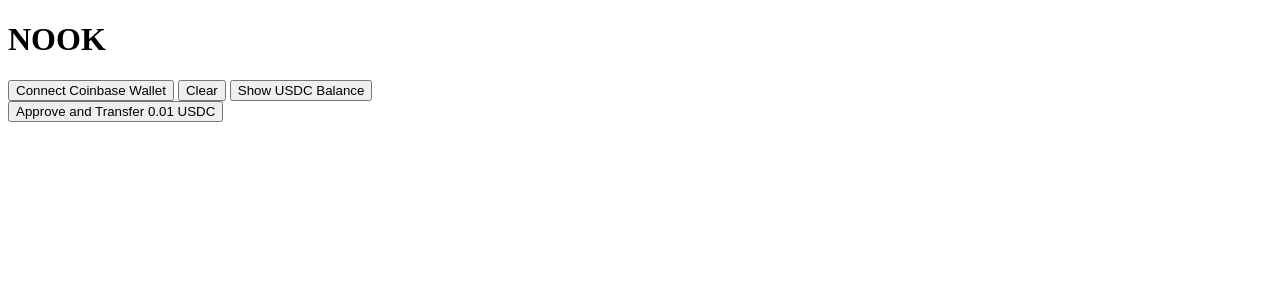
Repository: JoeIsaacson/_nook
Page: index.html
These files come from the project's save history. The page is drawn as it stood at one moment and after the next save; the edit follows.
The browser window is 1280 px wide. The pictures show the whole page.

Above is the page before, as saved 2024-09-08 18:42:36.

### index.html
<!DOCTYPE html>
<html lang="en">
<head>
    <meta charset="UTF-8">
    <meta name="viewport" content="width=device-width, initial-scale=1.0">
    <title>NOOK</title>
    <script src="https://cdn.jsdelivr.net/npm/web3@1.5.2/dist/web3.min.js"></script>
    <script src="https://unpkg.com/@coinbase/wallet-sdk@3.6.3/dist/index.min.js"></script>
    <script>
        if (typeof CoinbaseWalletSDK !== 'undefined') {
            console.log('Coinbase Wallet SDK loaded successfully');
        } else {
            console.error('Failed to load Coinbase Wallet SDK');
        }
    </script>
</head>
<body>
    <h1>NOOK</h1>
    <button onclick="connectCoinbaseWallet()">Connect Coinbase Wallet</button>
    <button onclick="clearMemory()">Clear</button>
    <button onclick="showUSDCBalance()">Show USDC Balance</button>
    <div id="wallet-info"></div>
    <div id="usdc-balance"></div>
    <button onclick="approveAndTransfer()">Approve and Transfer 0.01 USDC</button>

    <script>
        let web3;
        let provider;
        let userAddress;
        const USDC_ADDRESS = '0x036CbD53842c5426634e7929541eC2318f3dCF7e'; // BASE Sepolia USDC address
        const RECIPIENT_ADDRESS = '0xcDeBcF59Ee33978320CA2ebCD433aCE6144C63C4'; // JMART
        const TRANSFER_AMOUNT = '0.01';

        async function connectCoinbaseWallet() {
            const CoinbaseWalletSDK = window.CoinbaseWalletSDK;
            const coinbaseWallet = new CoinbaseWalletSDK({
                appName: "NOOK",
                appLogoUrl: "https://example.com/logo.png",
                darkMode: true
            });

            provider = coinbaseWallet.makeWeb3Provider("https://sepolia.base.org", 84532);

            try {
                const accounts = await provider.request({ method: 'eth_requestAccounts' });
                web3 = new Web3(provider);
                userAddress = accounts[0];
                document.getElementById('wallet-info').innerHTML = `Connected: ${userAddress}`;
            } catch (error) {
                console.error('Failed to connect Coinbase Wallet:', error);
                document.getElementById('wallet-info').innerHTML = 'Failed to connect Coinbase Wallet';
            }
        }

        async function updateUSDCBalance() {
            if (!web3 || !userAddress) {
                console.error('Web3 or user address not available');
                return;
            }

            const usdcContract = new web3.eth.Contract([
                {
                    "constant": true,
                    "inputs": [{"name": "_owner", "type": "address"}],
                    "name": "balanceOf",
                    "outputs": [{"name": "balance", "type": "uint256"}],
                    "type": "function"
                }
            ], USDC_ADDRESS);

            try {
                const balance = await usdcContract.methods.balanceOf(userAddress).call();
                const formattedBalance = (balance / 1e6).toFixed(6);
                document.getElementById('usdc-balance').innerHTML = `USDC Balance: ${formattedBalance} USDC`;
            } catch (error) {
                console.error('Error fetching USDC balance:', error);
                document.getElementById('usdc-balance').innerHTML = 'Error fetching USDC balance';
            }
        }

        async function showUSDCBalance() {
            if (!web3 || !userAddress) {
                alert('Please connect your wallet first');
                return;
            }
            updateUSDCBalance(); // Remove 'await' as it's not necessary here
        }

        async function approveAndTransfer() {
            if (!web3 || !userAddress) {
                alert('Please connect your wallet first');
                return;
            }

            const usdcContract = new web3.eth.Contract([
                {
                    "constant": false,
                    "inputs": [
                        {"name": "_to", "type": "address"},
                        {"name": "_value", "type": "uint256"}
                    ],
                    "name": "transfer",
                    "outputs": [{"name": "", "type": "bool"}],
                    "type": "function"
                }
            ], USDC_ADDRESS);

            const amountInWei = web3.utils.toWei(TRANSFER_AMOUNT, 'mwei'); // USDC has 6 decimals

            try {
                await usdcContract.methods.transfer(RECIPIENT_ADDRESS, amountInWei).send({ from: userAddress });
                alert('Transfer of 0.01 USDC successful!');

                await updateUSDCBalance();
            } catch (error) {
                console.error('Error in transfer:', error);
                alert('Error in transfer. Check console for details.');
            }
        }

        function clearMemory() {
            web3 = undefined;
            provider = undefined;
            userAddress = undefined;
            document.getElementById('wallet-info').innerHTML = '';
            document.getElementById('usdc-balance').innerHTML = '';
            console.log('Memory cleared');
        }
    </script>
</body>
</html>

After the next save:
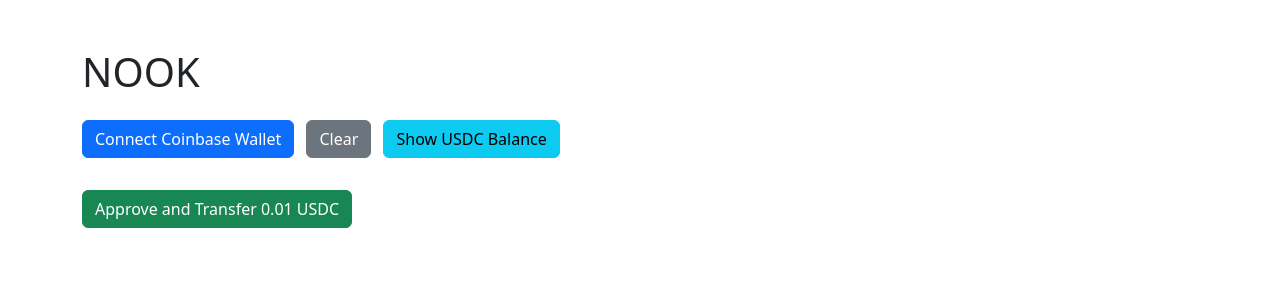
Saved 1 s later.
--- a/index.html
+++ b/index.html
@@ -4,6 +4,8 @@
     <meta charset="UTF-8">
     <meta name="viewport" content="width=device-width, initial-scale=1.0">
     <title>NOOK</title>
+    <!-- Bootstrap CSS -->
+    <link href="https://cdn.jsdelivr.net/npm/bootstrap@5.3.0/dist/css/bootstrap.min.css" rel="stylesheet">
     <script src="https://cdn.jsdelivr.net/npm/web3@1.5.2/dist/web3.min.js"></script>
     <script src="https://unpkg.com/@coinbase/wallet-sdk@3.6.3/dist/index.min.js"></script>
     <script>
@@ -15,13 +17,19 @@
     </script>
 </head>
 <body>
-    <h1>NOOK</h1>
-    <button onclick="connectCoinbaseWallet()">Connect Coinbase Wallet</button>
-    <button onclick="clearMemory()">Clear</button>
-    <button onclick="showUSDCBalance()">Show USDC Balance</button>
-    <div id="wallet-info"></div>
-    <div id="usdc-balance"></div>
-    <button onclick="approveAndTransfer()">Approve and Transfer 0.01 USDC</button>
+    <div class="container mt-5">
+        <h1 class="mb-4">NOOK</h1>
+        <button class="btn btn-primary me-2" onclick="connectCoinbaseWallet()">Connect Coinbase Wallet</button>
+        <button class="btn btn-secondary me-2" onclick="clearMemory()">Clear</button>
+        <button class="btn btn-info me-2" onclick="showUSDCBalance()">Show USDC Balance</button>
+        <div id="wallet-info" class="mt-3"></div>
+        <div id="usdc-balance" class="mt-3"></div>
+
+        <button class="btn btn-success mt-3" onclick="approveAndTransfer()">Approve and Transfer 0.01 USDC</button>
+    </div>
+
+    <!-- Bootstrap JS (optional, only needed if you want to use Bootstrap's JavaScript components) -->
+    <script src="https://cdn.jsdelivr.net/npm/bootstrap@5.3.0/dist/js/bootstrap.bundle.min.js"></script>
 
     <script>
         let web3;
